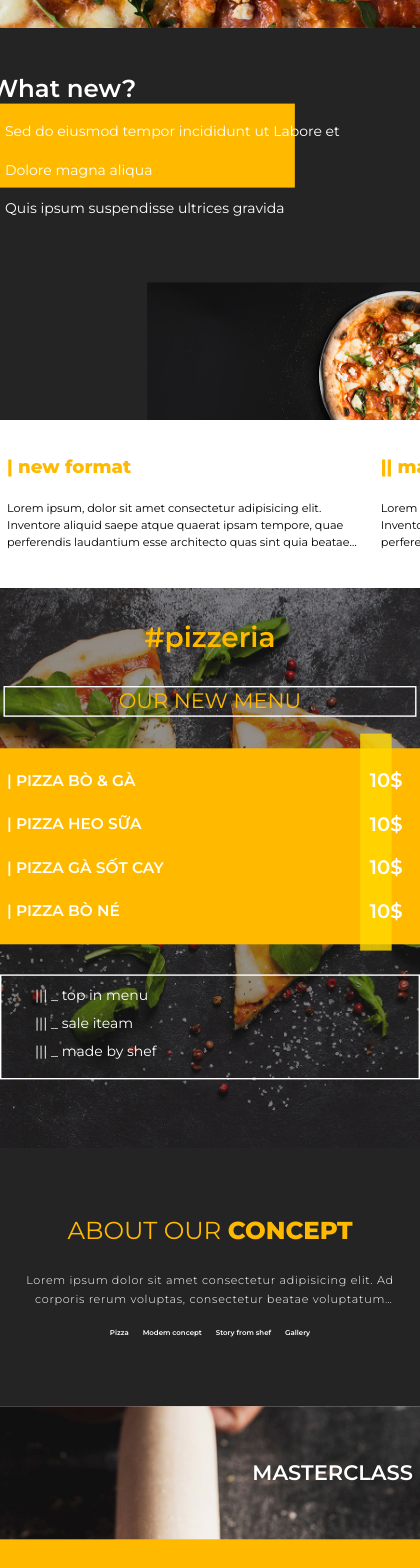
Repository: phu1204/pizzeria.github.io
Page: index.html
These files come from the project's save history. The page is drawn as it stood at one moment and after the next save; the edit follows.
The browser window is 600 px wide. The pictures show the part of the page from y = 760 to 3000 px (the page is 6964 px tall), at 70% of full size.
The style sheet was rebuilt from its Sass, Less or Tailwind sources for each picture, by a compiler version that may differ from the author's.

Above is the page before, as saved 2021-07-29 23:21:35.

### index.html
<!DOCTYPE html>
<html lang="en">
  <head>
    <meta charset="UTF-8" />
    <meta http-equiv="X-UA-Compatible" content="IE=edge" />
    <meta name="viewport" content="width=device-width, initial-scale=1.0" />
    <title>#pizzeria</title>
    <link rel = "icon" href =
    "images/pizza.png"
            type = "image/x-icon">
    <link rel="preconnect" href="https://fonts.googleapis.com">
    <link rel="preconnect" href="https://fonts.gstatic.com" crossorigin>
    <link href="https://fonts.googleapis.com/css2?family=Montserrat:wght@300;400;600;800&display=swap" rel="stylesheet">
    <link rel="stylesheet" href="https://cdnjs.cloudflare.com/ajax/libs/font-awesome/5.15.3/css/all.min.css">
    <link rel="stylesheet" href="reset.css">
    <link rel="stylesheet" href="style.css">

  </head>
  <body>
      <div class="wrapper">
        <div class="container">
          <header id="header" class="header">
             <a href="#" class="header-logo">#pizzeria.</a>
             <nav class="header-menu">
               <ul class="header-list">
                 <li class="header-item"><a href="#menu" class="header-link">Menu</a></li>
                 <li class="header-item"><a href="#blog" class="header-link">Blog</a></li>
                 <li class="header-item"><a href="#about" class="header-link">About us</a></li>
                 <li class="header-item"><a href="#contact" class="header-link">Contacts</a></li>

               </ul>
               <i class="fas fa-times header-times"></i>
             </nav>
             <div class="header-info">
                <button href="" class="header-icon icon-search"><i class="fas fa-search"></i></button>
                <a href="" class="header-icon"><i class="fas fa-user"></i></a>
                <a href="" class="header-icon"><i class="fas fa-shopping-cart"></i></a>
             </div>
             <div class="header-bar">
                <i class="fas fa-bars"></i>
             </div>

             <div class="header-search">
                <input type="text" class="header-input" placeholder="Search">
             </div>
          </header>

          <section class="intro">
            <div class="intro-content">
              <div class="intro-title">
                <span class="intro-name intro--grand">grand</span>
                <span class="intro-name intro--opening">opening</span>
              </div>
              <a href="" class="button intro-button">read more</a>
            </div>
          </section>
        </div>

          <section  class="format">

            <div class="format-top">
                <div class="format-content">
                    <div class="format-title">new format</div>
                    <div class="format-info">
                      <h2 class="format-new">What new?</h2>
                      <ul class="format-list">
                        <li class="format-item">| Sed do eiusmod tempor incididunt ut Labore et</li>
                        <li class="format-item">| Dolore magna aliqua</li>
                        <li class="format-item">| Quis ipsum suspendisse ultrices gravida</li>
                      </ul>
                    </div>
                </div>
                <img src="images/format.png" alt="" class="format-img">
            </div>

            <div class="format-bottom  reveal">
              <div class="format-column">
                <h3 class="format-head">| new format</h3>
                <p class="fotmat-desc text">Lorem ipsum, dolor sit amet consectetur adipisicing elit. Inventore aliquid saepe atque quaerat ipsam tempore, quae perferendis laudantium esse architecto quas sint quia beatae id alias, sed dicta reprehenderit asperiores.</p>
              </div>
              <div class="format-column">
                <h3 class="format-head">|| master classes</h3>
                <p class="fotmat-desc text">Lorem ipsum, dolor sit amet consectetur adipisicing elit. Inventore aliquid saepe atque quaerat ipsam tempore, quae perferendis laudantium esse architecto quas sint quia beatae id alias, sed dicta reprehenderit asperiores.</p>
              </div>
              <div class="format-column">
                <h3 class="format-head">||| pizza restaurant</h3>
                <p class="fotmat-desc text">Lorem ipsum, dolor sit amet consectetur adipisicing elit. Inventore aliquid saepe atque quaerat ipsam tempore, quae perferendis laudantium esse architecto quas sint quia beatae id alias, sed dicta reprehenderit asperiores.</p>
              </div>
            </div>

          </section>

          <section id="menu" class="menu">
            <div class="menu-heading">
              <h2 class="menu-title  reveal">#pizzeria</h2>
              <p class="menu-order  reveal">our new menu</p>
            </div>
            <div class="menu-list  reveal">
              <div class="menu-item">
                <div class="menu-name">
                    <h3 class="menu-name-order"> | pizza bò & gà</h3>
                    <p class="menu-desc">(bò, trứng, xúc xích, trứng cút, bò viên)</p>
                </div>
                <p class="menu-price">10$</p>
              </div>
              <div class="menu-item">
                <div class="menu-name">
                    <h3 class="menu-name-order">| pizza heo sữa</h3>
                    <p class="menu-desc">(bò, trứng, xúc xích)</p>
                </div>
                <p class="menu-price">10$</p>
              </div>
              <div class="menu-item">
                <div class="menu-name">
                    <h3 class="menu-name-order">| pizza gà sốt cay</h3>
                    <p class="menu-desc">(bò, trứng, xúc xích, trứng cút, bò viên)</p>
                </div>
                <p class="menu-price">10$</p>
              </div>
              <div class="menu-item">
               <div class="menu-name">
                    <h3 class="menu-name-order">| pizza bò né</h3>
                    <p class="menu-desc">(bò, trứng, xúc xích)</p>
                </div>
                <p class="menu-price">10$</p>
              </div>
           </div>
           <div class="menu-bottom reveal">
             <p class="menu-hightlight">||| _ top in menu</p>
             <p class="menu-hightlight">||| _ sale iteam</p>
             <p class="menu-hightlight">||| _ made by shef</p>
           </div>

          </section>

          <section id="about"  class="about">
              <div class="about-body">
                <h2 class="about-title reveal">about our <span>concept</span></h2>
                <p class="about-desc text reveal">Lorem ipsum dolor sit amet consectetur adipisicing elit. Ad corporis rerum voluptas, consectetur beatae voluptatum recusandae tempora excepturi, temporibus quo veritatis ratione atque accusantium ea delectus eos harum culpa enim!</p>
                <ul class="about-list reveal">
                  <li class="about-item"><a href="">Pizza</a></li>
                  <li class="about-item"><a href="">Modem concept</a></li>
                  <li class="about-item"><a href="">Story from shef</a></li>
                  <li class="about-item"><a href="">Gallery</a></li>
                </ul>
              </div>
          </section>

          <section id="blog" class="class">
            <div class="class-content">
              <div class="class-name">
                <h1 class="class-caption reveal">masterclass</h1>
              </div>
              <div class="class-body reveal">
                <h2 class="class-heading">| the recipe for the most delicious pizza dough |</h2>
                <p class="class-desc">waiting for you</p>
                <div class="class-price">
                  <p class="class-info">price_<span>15$</span></p>
                  <p class="class-info">12:00-15:00</p>
                </div>
              </div>
                <a href="" class="class-button reveal">apply</a>
            </div>
          </section>

          <section id="contact" class="gallery ">
            <h2 class="gallery-heading reveal">gallery</h2>
            <div class="gallery-img ">
              <img src="./images/pizzaleft.jpg" alt="" class="gallery-img-item reveal">
              <img src="./images/pizzacenter.jpg" alt="" class="gallery-img-item reveal">
              <img src="./images/pizzaright.jpg" alt="" class="gallery-img-item reveal">
            </div>

            <div class="gallery-bottom">
              <h2 class="gallery-title">#pizzeria.</h2>
              <div class="gallery-content">
                <div class="gallery-desc reveal">Lorem ipsum dolor sit amet consectetur, adipisicing. Dolores dolorum, quia consectetur iste officia eligendi! consectetur nemo, reiciendis repudiandae nesciunt dolor id numquam laborum temporibus fuga</div>

              <div class="gallery-contact">
                <div class="gallery-social reveal">
                  <p class="gallery-block">| find us here</p>
                  <div class="gallery-link">
                    <i class="fab fa-instagram"></i>

                    <i class="fab fa-facebook"></i>

                    <i class="fab fa-twitter"></i>

                    <i class="fab fa-whatsapp"></i>

                    <i class="fab fa-google"></i>
                  </div>

                </div>

                <div class="gallery-info reveal">
                  <p class="gallery-block">| ask us here</p>
                  <a href="" class="gallery-web">www.#pizzeria.com</a>

                </div>
              </div>
            </div>
          </div>
          </section>

          <a href="#" class="ontop" >
            <i class="fas fa-arrow-up"></i>
          </a>

          <footer id="footer" class="footer ">
            <div class="footer-about footer-repon reveal">
              <h3 class="footer-title">about</h3>
              <p class="footer-desc text">
                Lorem ipsum dolor, sit amet consectetur adipisicing elit. Amet magnam laudantium fuga sed aliquid doloremque quos repellendus quis. Est non laboriosam incidunt recusandae, sed natus dignissimos eaque pariatur culpa esse.
              </p>

            </div>

              <div class="footer-item footer-repon reveal">
                <h3 class="footer-title">menu</h3>

                <ul>
                  <li class="footer-link"><a href="" class="footer-item-link">Team</a></li>
                  <li class="footer-link"><a href="" class="footer-item-link">Join us</a></li>
                  <li class="footer-link"><a href="" class="footer-item-link">Ethic</a></li>
                  <li class="footer-link"><a href="" class="footer-item-link">Goals</a></li>
                </ul>
              </div>

              <div class="footer-item footer-repon reveal">
                <h3 class="footer-title">shef</h3>
                <ul>
                  <li class="footer-link"><a href="" class="footer-item-link">Team</a></li>
                  <li class="footer-link"><a href="" class="footer-item-link">Join us</a></li>
                  <li class="footer-link"><a href="" class="footer-item-link">Ethic</a></li>
                  <li class="footer-link"><a href="" class="footer-item-link">Goals</a></li>
                </ul>
              </div>

              <div class="footer-item footer-repon reveal">
                <h3 class="footer-title">contact</h3>
                <ul>
                  <li class="footer-link"><a href="" class="footer-item-link">Team</a></li>
                  <li class="footer-link"><a href="" class="footer-item-link">Join us</a></li>
                  <li class="footer-link"><a href="" class="footer-item-link">Ethic</a></li>
                  <li class="footer-link"><a href="" class="footer-item-link">Goals</a></li>
                </ul>
              </div>
        </footer>

      </div>
    <script type="text/javascript" src="https://cdnjs.cloudflare.com/ajax/libs/jquery/3.6.0/jquery.min.js"></script>
    <script src="js/main.js"></script>
    <script src="js/search.js"></script>

  </body>
</html>

### reset.css
html,
body,
div,
span,
applet,
object,
iframe,
h1,
h2,
h3,
h4,
h5,
h6,
p,
blockquote,
pre,
a,
abbr,
acronym,
address,
big,
cite,
code,
del,
dfn,
em,
img,
ins,
kbd,
q,
s,
samp,
small,
strike,
strong,
sub,
sup,
tt,
var,
b,
u,
i,
center,
dl,
dt,
dd,
ol,
ul,
li,
fieldset,
form,
label,
legend,
table,
caption,
tbody,
tfoot,
thead,
tr,
th,
td,
article,
aside,
canvas,
details,
embed,
figure,
figcaption,
footer,
header,
hgroup,
menu,
nav,
output,
ruby,
section,
summary,
time,
mark,
audio,
video {
  margin: 0;
  padding: 0;
  border: 0;
  font-size: 100%;
  font: inherit;
  vertical-align: baseline;
}
/* HTML5 display-role reset for older browsers */
article,
aside,
details,
figcaption,
figure,
footer,
header,
hgroup,
menu,
nav,
section {
  display: block;
}
body {
  line-height: 1;
}
ol,
ul {
  list-style: none;
}
blockquote,
q {
  quotes: none;
}
blockquote:before,
blockquote:after,
q:before,
q:after {
  content: "";
  content: none;
}
table {
  border-collapse: collapse;
  border-spacing: 0;
}
*,
*:before,
*:after {
  box-sizing: border-box;
}
/* using rem unit */
html {
  font-size: 62.5%;
}
a {
  text-decoration: none;
  color: white;
}
img {
  display: block;
  max-width: 100%;
}
body {
  font-family: "Montserrat", sans-serif;
  font-size: 16px;
  line-height: 1;
}
input,
button,
textarea,
select {
  outline: none;
  font-family: "Montserrat", sans-serif;
  font-size: 16px;
  line-height: 1;
}
input {
  line-height: normal;
}
button {
  cursor: pointer;
  border: none;
  outline: none;
  background-color: transparent;
}

### style.scss
@import"scss/global";
@import"scss/header";
@import"scss/variables";
@import"scss/intro";
@import"scss/format";
@import"scss/menu";
@import"scss/about";
@import"scss/class";
@import"scss/gallery";
@import"scss/footer";
@import"scss/animation";

### scss/_global.scss
.container{
  background: url(./images/hero-img.jpg) no-repeat center/cover;
  width: 100%;
  margin: 0 auto;
  height: 100vh;
  position: relative;
}

html{
  scroll-behavior: smooth;
  -webkit-overflow-scrolling: touch;
}

.wrapper{
  max-width: 100%;
  position: relative;

}

.button{
  padding: 20px 40px;
  border: 4px solid #fff;
  font-size: 30px;
  text-transform: uppercase;
  color: white;
  font-weight: 600;
}

.text{
  font-weight: 300;
  font-size: 16px;
  margin-top: 35px;
  line-height: 1.5;
  color: black;
  font-weight: 400;
  display:-webkit-box;
  -webkit-line-clamp:3;
  -webkit-box-orient: vertical;
  overflow: hidden;
  text-overflow: ellipsis;
  word-break: break-word;
}

@media screen and (max-width: 1279px) {
  .container {

      background-position: top;
      height: 960px;
  }
}

@media screen and (max-width: 1023px) {
  .container {
    background-position: top;
    height: 960px;
}
}

@media screen and (max-width: 767px) {
  .container {
    background-size: auto 800px;
    background-position: center;
    height: 800px;
    background-color: #242424;
}
}


.reveal{
  opacity: 0;
  transform: translateY(100%);
  transition: all 0.4s linear;
}

.reveal.active{
  opacity: 1;
  transform: translateY(0);
  transition: all 0.3s linear;
  // .gallery-title::before{
  //     display: none;
  // }
}

.ontop{
  position: fixed;
  right: 60px;
  z-index: 99;
  bottom: 80px;
  width: fit-content;
  background-color: #ffba00;
  border-radius: 100rem;
  cursor: pointer;
  i{
     padding: 18px;
     font-size: 15px;
     color: white;
  }
  display: none;
  animation: bottotop 0.4s linear;
}

@media screen and (max-width: 1023px) {
  .ontop{
    right: 30px;
  }
}

### scss/_variables.scss
$black-gray: #242424;

### scss/_intro.scss
.intro{
    background-color: #ffba00;
    height: 200px;
    position: absolute;
    top: 50%;
    left: 50%;
    transform: translate(-50%,-50%);
    width: 100%;
    display: flex;
    align-items: center;
    padding: 0 10px;
    &-content{
        width: 1200px;
        margin: 0 auto;
        display: flex;
        justify-content: space-between;
        align-items: center;
        padding-top: 75px;
    }
    &--grand{
        animation: lefttoright 0.5s linear;
    }
    &--opening{
        animation: righttoleft 0.5s linear;
    }
    &-name{
        display: block;
        text-transform: uppercase;
        font-size: 130px;
        color: white;
        letter-spacing: 10px;
    }
    &-name:first-child{
        font-weight: 800;
    }
    &-name:last-child{
        font-weight: 200;
    }

    &-button{
        margin-top: 130px;
        background-color: #ffba00;
        animation: bottotop 0.5s linear;
    }

    @media screen and (max-width: 1279px) {
        height: 150px;
        &-content{
            flex-direction: column;
            transform: translateY(130px)
        }
        &-name {
            font-size: 90px;
            width: fit-content;
        }

        &-title {
            width: 100%;
        }

        &-name:last-child{
            margin-left: auto;
        }

        &-button{
            margin-top: 200px;

        }
    }

    @media screen and (max-width: 1023px) {
        height: 120px;
       &-name{
           font-size: 60px;
       }

       &-button{
           margin-top: 170px;
           padding: 15px 30px;
           font-size: 23px;
       }

       &-content{
            transform: translateY(105px)
       }
    }

    @media screen and (max-width: 767px) {
        height: 100px;
       &-name{
           font-size: 50px;
           letter-spacing: 3px;
       }

       &-content{
        transform: translateY(100px)
       }

       &-button{
           padding: 15px 30px;
           font-size: 23px;
           margin-top: 170px;
       }
    }


}

### scss/_menu.scss
.menu{
  background: url(./images/menu.jpg) no-repeat center/cover;
  width: 100%;
  height: 100vh;
  position: relative;
  display: flex;
  flex-direction: column;
  align-items: center;
  padding: 50px 0;
  color: white;
  &-heading{
      width: 100%;
      text-align: center;
  }
  &-title{
      font-size: 40px;
      color: #ffba00;
      margin-bottom: 45px;
      font-weight: 600;
  }

  &-order{
    font-size: 40px;
    color: #ffba00;
    width: 80%;
    text-align: center;
    padding: 15px 350px 70px 0;
    margin-left: auto;
    border: 2px solid white;
    text-transform: uppercase;
    margin-bottom: 12px;
  }

  &-list {
      width: 1200px;
      margin-left: auto;
      padding: 60px 50px 0 40px;
      margin-bottom: 50px;
      position: relative;
      z-index: 2;
      max-width: 100%;
  }

  &-list::before{
    content: "";
    position: absolute;
    width: 100%;
    height: 320px;
    background-color: #ffba00;
    z-index: -2;
    // transform: translate(-50%,-50%);
    top: 45px;
    left: 0;
    }

    &-list::after{
        content: "";
        position: absolute;
        width: 45px;
        height: 350px;
        background-color: rgba(255, 217, 0, 0.801);

        top: calc(50% + 37px);
        right:  31%;
        transform: translate(-50%,-50%);
        z-index: -1;
    }

  &-item{
      display: flex;
      align-items: center;
      justify-content: space-between;
      line-height: 1.5;
      width: 750px;
      max-width: 100%;
  }

  &-desc{
      font-size: 23px;
      letter-spacing: 2px;
  }

  &-name-order{
      text-transform: uppercase;
      font-size: 27px;
      font-weight: 600;
  }

  &-item{
        margin-top: 25px;
  }

  &-price{
      font-size: 28px;
      font-weight: 600;
  }

  &-bottom{
    width: 1100px;
    margin-left: auto;
    padding-top: 20px;

    margin-bottom: 70px;
    position: relative;
    right: 50px;
  }

  &-bottom::before{
    content: "";
    position: absolute;
    background-color: transparent;
    width: 1000px;
    height: 150px;
    border: 2px solid white;
    transform: translate(-32%,-20%);
  }

  &-hightlight{
      font-size: 20px;
  }

  &-hightlight:not(:first-child){
    margin-top: 20px;
}

  @media screen and (max-width: 1279px) {
    height: 80vh;
    &-bottom{
      padding-left: 50px;
      margin-right: auto;
      right: 0;
    }

    &-title{
      margin-bottom: 50px;
    }
    &-order{
      margin-bottom: 40px;
    }

    &-list{
      margin-bottom: 120px;
    }

    &-list::after{
      right: 18%;
    }
  }

  @media screen and (max-width: 1023px) {
      height: 85vh;
      &-title{
        margin-bottom: 50px;
      }
      &-order{
        margin-bottom: 0;
        padding: 15px 195px 50px 0;
        font-size: 35px;
      }

      &-name-order{
        font-size: 22px;
      }
      &-list{
        margin-bottom: 70px;
        padding-top: 65px;
      }
      &-list::before{
        height: 280px;
      }
      &-item{
        width: 650px;
        margin-top: 20px;
      }
      &-desc{
        font-size: 18px;
      }
      &-bottom::before{
        width: 750px;
      }
      &-list::after{
        right: 3%;
        height: 300px;
      }

  }

  @media screen and (max-width: 767px) {
    height: 100vh;
    &-heading{
      padding: 0 5px;
    }
    &-order{
      padding: 5px 5px;
      width: 100%;
      font-size: 30px;
    }
    &-desc{
      display: none;
    }
    &-list{
        padding: 50px 25px 0 10px;
        max-width: 100%;
    }
    &-list::after{
      height: 310px;
      top: 60%;
      right: 3%;
    }
    &-bottom{
      max-width: 100%;
    }
    &-bottom::before{
      max-width: 100%;
      transform: none;
      left: 0;
      top: 0;
    }

  }




}

### scss/_about.scss
.about{
    padding: 120px 20px;
    display: flex;
    flex-direction: column;
    justify-content: center;
    align-items: center;
    text-align: center;
    background-color: #242424;
    max-width: 100%;
    &-body{
        width: 700px;
    }
    &-title{
        margin-bottom: 40px;
        font-size: 35px;
        text-transform: uppercase;
        color: #ffba00;
        span{
            font-weight: 800;

        }
    }

    &-desc{
        margin-bottom: 30px;
        font-weight: 200;
        line-height: 1.7;
        display:-webkit-box;
        -webkit-line-clamp:2;
        -webkit-box-orient: vertical;
        overflow: hidden;
        text-overflow: ellipsis;
        word-break: break-word;
        color: white;
        letter-spacing: 1px;
    }

    &-list{
        display: flex;
        align-items: center;
        justify-content: center;
    }

    &-item{
        margin: 0 10px;
        font-size: 14px;
        font-weight: 600;
    }
    @media screen and (max-width: 767px) {
        padding: 100px 20px;
        &-body{
            max-width: 100%;
        }
        &-item{
            font-size: 10px;
        }

    }

}

### scss/_class.scss
.class{
    background: url(./images/class.jpg) no-repeat center/cover;
    width: 100%;
    margin: 0 auto;
    height: 100vh;
    position: relative;
    padding: 80px 130px 140px 0;
    color: white;
    &-content{
        display:flex;
        flex-direction:column;
        width: 530px;
        margin-left: auto;
    }
    &-name{
        margin-bottom: 80px;
    }
    &-caption{
        text-transform: uppercase;
        font-weight: 600;
        font-size: 30px;
        text-align: right;
    }
    &-body{
        padding: 100px 60px 65px;
        background-color: #ffba00;
    }
    &-heading{
        font-size: 40px;
        font-weight: 600;
        line-height: 1;
        text-transform: uppercase;
        margin-bottom: 40px;
    }

    &-desc{
        font-size: 30px;
        font-weight: 600;
        margin-bottom: 85px;
    }

    &-price{
        width: fit-content;
        text-transform: uppercase;
        font-size: 30px;
        margin-left: auto;
        letter-spacing: 2px;
        span{
            font-weight: 600;
        }
    }
    &-info:first-child{
        margin-bottom: 15px;
    }

    &-body{
        margin-bottom: 40px;
    }

    &-button{
        padding: 50px 30px 20px;
        background-color: #ffba00;
        width: 85%;
        margin-left: auto;
        font-size: 32px;
        text-transform: uppercase;
        font-weight: 600;
    }

    @media screen and (max-width: 1279px) {
        height: 75vh;
    }

    @media screen and (max-width: 767px) {
        padding-right: 0;
        height: 100vh;
        &-content{
            width: 100%;
        }
        &-name{
            padding-right: 10px;
        }
        &-heading{
            font-size: 28px;
        }
        &-body{
            padding: 50px 35px;
        }
        &-button{
            width: 60%;
            padding-top: 30px;
            font-size: 25px;
        }
        &-desc{
            font-size: 25px;
        }
        &-price{
            font-size: 25px;
        }
    }

}

### scss/_footer.scss
.footer {
  padding: 70px 100px;
  color: white;
  display: flex;
  align-items: center;
  justify-content: center;
  background-color: #483500;
  max-width: 100%;
  flex-wrap: wrap;

  &-about{
      width: 280px;
      margin-right: 180px;
  }

  &-item:not(:last-child){
      margin-right: 150px;
  }
  &-item{
      line-height: 1.5;
  }

  &-desc{
      color: white;
      line-height: 1.5;
  }

  &-title{
      margin-bottom: 35px;
      font-size: 17px;
      font-weight: 600;
      text-transform: uppercase;
  }
  @media screen and (max-width: 767px) {
      padding: 0 0 0 10px;
    //   gap: 10px;
    &-title {
        margin-bottom: 10px;
    }
    &-repon{
        flex: 1 1 50%;
        width: 100%;
        padding: 10px;
    }
    &-about{
        margin-right: 0;
    }
    &-item:not(:last-child){
        margin-right: 0;
    }
  }

}

### scss/_animation.scss
@keyframes lefttoright{
    from{
        opacity: 0;
        transform: translateX(-100%);
    }
    to{
        opacity: 1;
        transform: translateX(0);
     }
}

@keyframes righttoleft{
    from{
        opacity: 0;
        transform: translateX(100%);
    }
    to{
        opacity: 1;
        transform: translateX(0);
     }
}

@keyframes bottotop{
    from{
        opacity: 0;
        transform: translateY(100%);
    }
    to{
        opacity: 1;
        transform: translateX(0);
     }
}

@keyframes toptobot{
    from{
        opacity: 0;
        transform: translateY(-200%);
    }
    to{
        opacity: 1;
        transform: translateX(0);
     }
}

@keyframes fadeOut{
    from{
        opacity: 0;
        transform: scale(1);
    }
    to{
        opacity: 1;
        transform: scale(0);
     }
}

Loaded but not shown: js/main.js (59 lines, source omitted); js/search.js (6 lines, source omitted); scss/_header.scss (236 lines, source omitted); scss/_format.scss (210 lines, source omitted); scss/_gallery.scss (165 lines, source omitted)

After the next save:
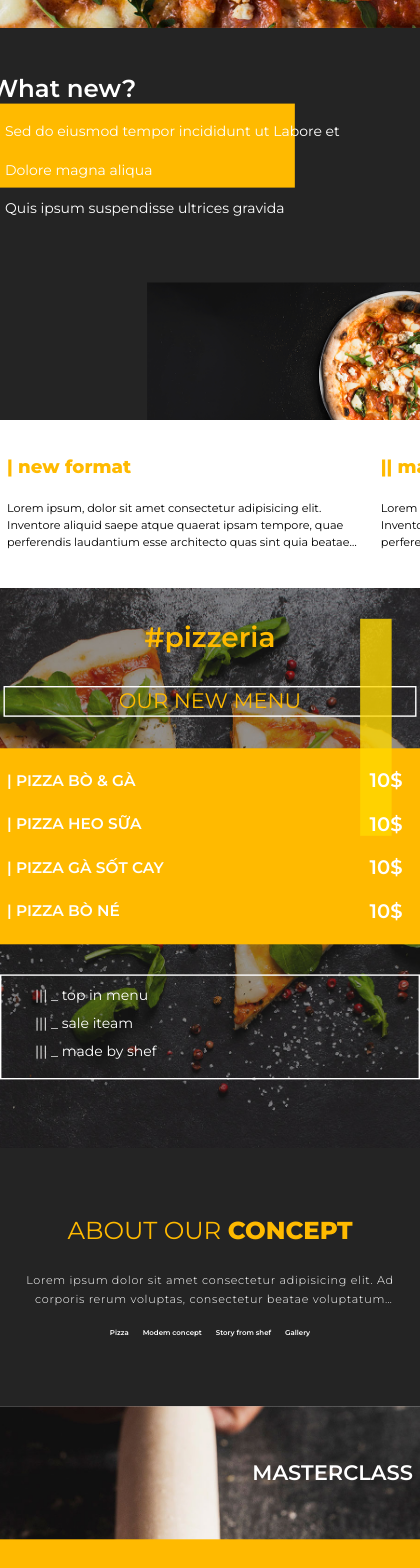
Saved 6 s later.
--- a/scss/_menu.scss
+++ b/scss/_menu.scss
@@ -204,7 +204,7 @@
     }
     &-list::after{
       height: 310px;
-      top: 60%;
+      top:5%;
       right: 3%;
     }
     &-bottom{
